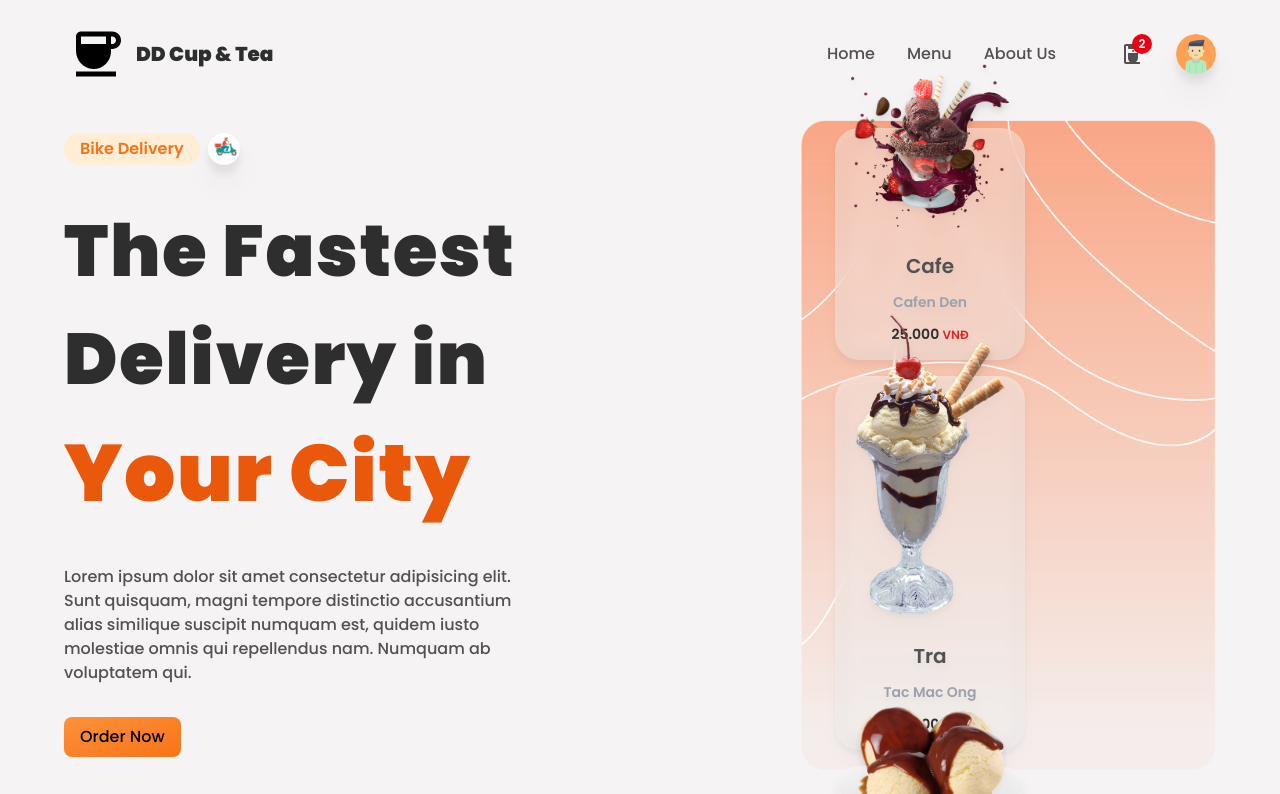
Repository: duongspm/ddcoffee
Page: /
These files come from the project's save history. The page is drawn as it stood at one moment and after the next save; the edit follows.
The browser window is 1280 px wide. The pictures show the whole page.
An inner scrolling area shows only its first screen. The project was rebuilt for these pictures with package versions that can differ from the ones it lists, and the page was loaded fresh each time. Also part of the build but not shown: src/App.css, src/components/CreateContainer.jsx.

Above is the page before, as saved 2022-07-12 20:03:20.

### src/index.js
import React from 'react';
import ReactDOM from 'react-dom/client';
import './index.css';
import App from './App';
import reportWebVitals from './reportWebVitals';

import { BrowserRouter as Router } from 'react-router-dom';

import { StateProvider } from './context/StateProvider';
import { initialState } from './context/initalState';
import reducer from './context/reducer';

const root = ReactDOM.createRoot(document.getElementById('root'));
root.render(
  <Router>
    <StateProvider initialState={initialState} reducer={reducer}>
      <App />
    </StateProvider>
  </Router>
  // <React.StrictMode>
  //   <App />
  // </React.StrictMode>
);

// If you want to start measuring performance in your app, pass a function
// to log results (for example: reportWebVitals(console.log))
// or send to an analytics endpoint. Learn more: https://bit.ly/CRA-vitals
reportWebVitals();

### src/index.css
/* body {
  margin: 0;
  font-family: -apple-system, BlinkMacSystemFont, 'Segoe UI', 'Roboto', 'Oxygen',
    'Ubuntu', 'Cantarell', 'Fira Sans', 'Droid Sans', 'Helvetica Neue',
    sans-serif;
  -webkit-font-smoothing: antialiased;
  -moz-osx-font-smoothing: grayscale;
}

code {
  font-family: source-code-pro, Menlo, Monaco, Consolas, 'Courier New',
    monospace;
} */

@import url(https://fonts.googleapis.com/css2?family=DM+Sans:ital,wght@0,400;0,500;1,400;1,500&family=Inter:wght@400;500;600&family=Mulish:wght@300&family=Nunito+Sans:wght@200&family=Playfair+Display:wght@700&family=Poppins:wght@500;600;900&family=Quicksand:wght@700&display=swap);
*{
  margin: 0;
  padding: 0;
  box-sizing: border-box;
}
body{
  font-family: 'Poppins', sans-serif, -apple-system, BlinkMacSystemFont, 'Segoe UI', 'Roboto', 'Oxygen',
  'Ubuntu', 'Cantarell', 'Fira Sans', 'Droid Sans', 'Helvetica Neue',
  sans-serif;
}
html, body{
  scroll-behavior: smooth;
  overflow-x: hidden; /*chống tràn*/
}
@tailwind base;
@tailwind components;
@tailwind utilities;

### src/App.js
import './App.css';
import {Route, Routes} from 'react-router-dom';
import MainContainer from './components/MainContainer';
import CreateContainer from './components/CreateContainer';
import { AnimatePresence } from 'framer-motion';

import { Header } from './components';

function App() {
  return (
    <AnimatePresence exitBeforeEnter>
      <div className="w-screen h-auto flex flex-col bg-primary">
        <Header/>
        <main className='mt-14 md:mt-24 px-4 md:px-16 py-4 w-full'>
          <Routes>
            <Route path='/*' element={<MainContainer/>}></Route>
            <Route path='/createItem' element={<CreateContainer/>}></Route>
          </Routes>
        </main>
      </div>
    </AnimatePresence>
  );
}

export default App;

### src/context/StateProvider.js
import React, {createContext, useContext, useReducer} from 'react';
export const StateContext = createContext();
export const StateProvider = ({reducer, initialState, children}) => (
    <StateContext.Provider value={useReducer(reducer, initialState)}>
        {children}
    </StateContext.Provider>
);

export const useStateValue = () => useContext(StateContext);

### src/context/initalState.js
import { fetchUser } from "../utils/fetchLocalStorageData"

const userInfo = fetchUser()

export const initialState = {
    user: null,
}

### src/context/reducer.js
export const actionType = {
    SET_USER: "SET_USER",
};

const reducer = (state, action) => {
    console.log(action);

    switch (action.type){
        case actionType.SET_USER:
            return {
                ...state,
                user: action.user,
            };

        default:
            return state;
    }
};

export default reducer;

### src/components/MainContainer.jsx
import React from 'react';
import HomeContainer from './HomeContainer';

const MainContainer = () => {
    return (
        <div className='w-full h-auto flex flex-col items-center justify-center'>
            <HomeContainer/>
        </div>
    );
};

export default MainContainer;

### src/components/index.js
export {default as Header} from './Header';
export {default as MainContainer} from './MainContainer';
export {default as CreateContainer} from './CreateContainer';
export {default as HomeContainer} from './HomeContainer';

### src/utils/fetchLocalStorageData.js
export const fetchUser = () => {
    const userInfo =
        localStorage.getItem("user") !== "undefined"
        ? JSON.parse(localStorage.getItem("user"))
        : localStorage.clear();
    return userInfo;
}

### src/components/HomeContainer.jsx
import React from 'react';
import delivery from '../assets/imgs/delivery.png';
import HeroBg from '../assets/imgs/heroBg.png';
import heroData from '../utils/data'

const HomeContainer = () => {
    return (
        <section id="home" className='grid grid-cols-1 md:grid-cols-2 gap-2 w-full'>
            <div className='py-2 flex flex-1 flex-col items-start  justify-center gap-8'>
                <div className='flex items-center gap-2 justify-center'>
                    <p className='text-base text-orange-500 font-semibold bg-orange-100 px-4 py-1 rounded-full'>Bike Delivery</p>
                    <div className='w-8 h-8 bg-white rounded-full overflow-hidden drop-shadow-xl'>
                        <img src={delivery} className="w-full h-full object-contain" alt="deli"/>
                    </div>
                </div>
                <p className='text-[2.5rem] font-bold tracking-wide text-headingColor lg:text-[4.5rem]'>The Fastest Delivery in <span className='text-orange-600 text-[3rem] lg:text-[5rem]'>Your City</span></p>
                <p className='text-base text-textColor text-center md:text-left md:w-[80%]'>Lorem ipsum dolor sit amet consectetur adipisicing elit. Sunt quisquam, magni tempore distinctio accusantium alias similique suscipit numquam est, quidem iusto molestiae omnis qui repellendus nam. Numquam ab voluptatem qui.</p>
                <button type='button' className='bg-gradient-to-br from-orange-400 to-orange-500 w-full px-4 py-2 rounded-lg hover:shadow-lg transition-all ease-in-out md:w-auto'>Order Now</button>
            </div>
            <div className='py-2 flex-1 flex items-center relative'>
                <img src={HeroBg} className="ml-auto h-420 w-full lg:w-auto lg:h-650" alt="hero-bg"/>

                <div className='w-full h-full absolute flex items-center justify-center top-0 left-0 px-32 py-4 gap-4 flex-wrap'>
                    {heroData && heroData.map(n => (
                        <div key={n.id} className='w-190 bg-cardOverlay backdrop-blur-md p-4 rounded-3xl flex flex-col items-center justify-center min-w-[190px] drop-shadow-lg'>
                        <img src={n.imageSrc} className='w-40 -mt-20' alt='i1'/>
                        <p className='text-xl font-semibold text-textColor mt-6'>{n.name}</p>
                        <p className='text-sm font-semibold text-lighttextGray my-3'>{n.decp}</p>
                        <p className='text-sm font-semibold text-headingColor'>{n.price} <span className='text-xs text-red-600'>VNĐ</span></p>
                    </div>
                    ))}
                </div>
            </div>
        </section>
    );
};

export default HomeContainer;

### src/components/Header.jsx
import React, { useState } from 'react';
import {motion} from "framer-motion";
import {Link} from 'react-router-dom';
import {MdCoffee} from 'react-icons/md';
import {MdCoffeeMaker, MdAdd, MdLogout, MdAccountCircle} from 'react-icons/md';
//import Logo from '../assets/imgs/logo-dendo-cocaybua.png';
import Avatar from '../assets/imgs/avatar.png';
import { getAuth, signInWithPopup, GoogleAuthProvider } from "firebase/auth";
import { app } from '../firebase.config';
import { useStateValue } from '../context/StateProvider';
import { actionType } from '../context/reducer';

const Header = () => {
    const firebaseAuth = getAuth(app);
    const provider = new GoogleAuthProvider();

    const [{user}, dispatch] = useStateValue()

    const [isMenu, setIsMenu] = useState(false);

    const login = async () => {
        //đăng nhập rồi click vô avt k hiện đăng nhập nữa
        if(!user)
        {
            const {user: {refreshToken, providerData}} = await signInWithPopup(firebaseAuth, provider);
            dispatch({
                type : actionType.SET_USER,
                user : providerData[0],
            });
            localStorage.setItem("user", JSON.stringify(providerData[0]))
        }else{
            setIsMenu(!isMenu);
        }
    };
    const logout = () => {
        setIsMenu(false);
        localStorage.clear();
        dispatch({
            type: actionType.SET_USER,
            user: null,
        });
    }

    return (
        <header className='fixed z-50 w-screen p-3 px-4 md:p-6 md:px-16'>
            {/* desktop */}
            <div className='hidden md:flex w-full h-full items-center justify-between'>
                <Link to={"/"} className='flex items-center gap-2'>
                    {/* <img src={Logo} className="w-16 object-cover" alt="Logo nef"/> */}
                    <MdCoffee className='w-16 object-cover cursor-pointer text-6xl hover:text-cartNumBg'></MdCoffee>
                    <motion.p whileTap={{scale: 0.6}}  className='text-headingColor text-xl font-bold'>DD Cup & Tea</motion.p>
                </Link>
                <div className='flex items-center gap-8'> {/* bo ra ngoai div nay thi no se nam giua */}
                    <motion.ul
                        initial={{opacity: 0, x: 200}}
                        animate={{opacity: 1, x: 0}}
                        exit={{opacity: 0, x: 200}}
                        className="flex items-center gap-8 ">
                        <li className='text-base text-textColor hover:text-cartNumBg duration-100 transition-all ease-in-out cursor-pointer'>Home</li>
                        <li className='text-base text-textColor hover:text-cartNumBg duration-100 transition-all ease-in-out cursor-pointer'>Menu</li>
                        <li className='text-base text-textColor hover:text-cartNumBg duration-100 transition-all ease-in-out cursor-pointer'>About Us</li>
                    </motion.ul>
                    <div className='relative flex items-center justify-center'>
                        <MdCoffeeMaker className='text-textColor text-2xl ml-8 cursor-pointer'></MdCoffeeMaker>
                        <div className='absolute -top-2 -right-2 w-5 h-5 rounded-full bg-cartNumBg flex items-center justify-center'>
                            <p className='text-xs text-white font-semibold'>2</p>
                        </div>
                    </div>
                    <div className='relative'>
                        <motion.img whileTap={{scale: 0.6}} className='w-10 min-w-[40px] h-10 min-h-[40px] drop-shadow-xl rounded-full' src={user ? user.photoURL : Avatar} alt="avata nguoi dung"
                        onClick={login}/>
                        {/* Menu In4 */}
                        {
                            isMenu &&
                            (
                                <motion.div
                                    initial={{opacity: 0, scale: 0.6}}
                                    animate={{opacity: 1, scale: 1}}
                                    exit={{opacity: 0, scale: 0.6}}
                                    className='w-40 bg-gray-50 shadow-xl rounded-lg absolute flex flex-col top-12 right-0'>
                                    {
                                        user && user.email === "tranvanduong10a22016bb@gmail.com" && (
                                            <Link to={'/createItem'}>
                                                <p className='px-4 py-2 flex items-center gap-3 cursor-pointer hover:bg-slate-100 transition-all duration-100 ease-in-out text-textColor text-base '><MdAdd/> New Item </p>
                                            </Link>
                                        )
                                    }
                                    <Link to={'/info'}>
                                        <p className='px-4 py-2 flex items-center gap-3 cursor-pointer hover:bg-slate-100 transition-all duration-100 ease-in-out text-textColor text-base'><MdAccountCircle/>{user ? user.displayName : 'In4'} </p>
                                    </Link>
                                    <hr/>
                                    <p className='px-4 py-2 flex items-center gap-3 cursor-pointer hover:bg-slate-100 transition-all duration-100 ease-in-out text-textColor text-base' onClick={logout}><MdLogout/> Logout </p>
                                </motion.div>
                            )
                        }
                        {/* End Menu In4 */}
                    </div>
                </div>
            </div>
            {/* mobile */}
            <div className='flex items-center justify-between md:hidden w-full h-full'>
                <div className='relative flex items-center justify-center'>
                    <MdCoffeeMaker className='text-textColor text-2xl ml-8 cursor-pointer'></MdCoffeeMaker>
                    <div className='absolute -top-2 -right-2 w-5 h-5 rounded-full bg-cartNumBg flex items-center justify-center'>
                        <p className='text-xs text-white font-semibold'>2</p>
                    </div>
                </div>
                <Link to={"/"} className='flex items-center gap-2'>
                    {/* <img src={Logo} className="w-16 object-cover" alt="Logo nef"/> */}
                    <MdCoffee className='w-16 object-cover cursor-pointer text-6xl hover:text-cartNumBg'></MdCoffee>
                    <motion.p whileTap={{scale: 0.6}}  className='text-headingColor text-xl font-bold'>DD Cup & Tea</motion.p>
                </Link>

                <div className='relative'>
                        <motion.img whileTap={{scale: 0.6}} className='w-10 min-w-[40px] h-10 min-h-[40px] drop-shadow-xl rounded-full' src={user ? user.photoURL : Avatar} alt="avata nguoi dung"
                        onClick={login}/>
                        {/* Menu In4 */}
                        {
                            isMenu &&
                            (
                                <motion.div
                                    initial={{opacity: 0, scale: 0.6}}
                                    animate={{opacity: 1, scale: 1}}
                                    exit={{opacity: 0, scale: 0.6}}
                                    className='w-40 bg-gray-50 shadow-xl rounded-lg absolute flex flex-col top-12 right-0'>
                                    {
                                        user && user.email === "tranvanduong10a22016bb@gmail.com" && (
                                            <Link to={'/createItem'}>
                                                <p className='px-4 py-2 flex items-center gap-3 cursor-pointer hover:bg-slate-100 transition-all duration-100 ease-in-out text-textColor text-base justify-center'><MdAdd/> New Item </p>
                                            </Link>
                                        )
                                    }
                                    <ul className="flex flex-col">
                                        <li className='text-base text-textColor hover:text-cartNumBg duration-100 transition-all ease-in-out cursor-pointer hover:bg-slate-100 px-4 py-2'>Home</li>
                                        <li className='text-base text-textColor hover:text-cartNumBg duration-100 transition-all ease-in-out cursor-pointer hover:bg-slate-100 px-4 py-2'>Menu</li>
                                        <li className='text-base text-textColor hover:text-cartNumBg duration-100 transition-all ease-in-out cursor-pointer hover:bg-slate-100 px-4 py-2'>About Us</li>
                                    </ul>
                                    <hr/>
                                    <Link to={'/info'}>
                                        <p className='px-4 py-2 flex items-center gap-3 cursor-pointer hover:bg-slate-100 transition-all duration-100 ease-in-out text-textColor text-base justify-center'><MdAccountCircle/> In4 </p>
                                    </Link>
                                    <hr/>
                                    <p className='m-2 p-2 rounded-md shadow-md flex items-center gap-3 cursor-pointer hover:bg-slate-300 transition-all duration-100 ease-in-out text-textColor text-base justify-center bg-gray-200 ' onClick={logout}><MdLogout/> Logout </p>
                                </motion.div>
                            )
                        }
                        {/* End Menu In4 */}
                    </div>
            </div>
        </header>
    );
};

export default Header;

### src/utils/data.js
import I1 from '../assets/imgs/i1.png';
import I2 from '../assets/imgs/i2.png';
import I3 from '../assets/imgs/i3.png';
import I4 from '../assets/imgs/i4.png';
const heropData = [
    {id : 1, name: 'Cafe', decp : 'Cafen Den', price : '25.000', imageSrc : I1},
    {id : 2, name: 'Tra', decp : 'Tac Mac Ong', price : '30.000', imageSrc : I2},
    {id : 3, name: 'Da Xay', decp : 'Chocolate Da Xay', price : '30.000', imageSrc : I3},
    {id : 4, name: 'Sinh To', decp : 'Sinh To Chuoi', price : '35.000', imageSrc : I4},
]
export default heropData;

### src/firebase.config.js
import {getApp, getApps, initializeApp} from 'firebase/app';
import {getFirestore} from 'firebase/firestore';
import {getStorage} from 'firebase/storage';

const firebaseConfig = {
    apiKey : "AIzaSyAiraH4JLA5tCdJ0jHuDoW_0qsknKtMiQc" ,
    authDomain : "ddcoffee-35878.firebaseapp.com" ,
    databaseURL : "https://ddcoffee-35878-default-rtdb.firebaseio.com" ,
    projectId : "ddcoffee-35878" ,
    storageBucket : "ddcoffee-35878.appspot.com" ,
    messagingSenderId : "404922796023" ,
    appId : "1:404922796023:web:4717a230c36f3a24a4d0f2"
    };

    const app = getApps.length > 0 ? getApp() : initializeApp(firebaseConfig);

    const firestore = getFirestore(app);
    const storage = getStorage(app);

    export {app, firestore, storage};

### tailwind.config.js
/** @type {import('tailwindcss').Config} */
module.exports = {
  content: [
    "./src/**/*.{js,jsx,ts,tsx}",
  ],
  theme: {
    extend: {
      margin: {
        320: "320px",
      },
      width: {
        150: "150px",
        190: "190px",
        225: "225px",
        275: "275px",
        300: "300px",
        340: "340px",
        350: "350px",
        375: "375px",
        460: "460px",
        656: "656px",
        880: "880px",
        508: "508px",
      },
      height: {
        80: "80px",
        150: "150px",
        225: "225px",
        300: "300px",
        340: "340px",
        370: "370px",
        420: "420px",
        510: "510px",
        600: "600px",
        650: "650px",
        685: "685px",
        800: "800px",
        "90vh": "90vh",
      },
      minWidth: {
        210: "210px",
        350: "350px",
        620: "620px",
      },
      colors: {
        headingColor:"#2e2e2e",
        textColor:"#515151",
        cartNumBg:"#e80013",
        primary:"#f5f3f3",
        // textColor: "#101010",
        // activeText: "#D6230A",
        gradientBg: "rgba(116, 249, 105,0.4)",
        // whiteAlpha: "rgba(255,255,255,0.2)",
        // cardColor: "#f5f5f5",
        // cartBg: "#282a2c",
        // cartItem: "#2e3033",
        // cartTotal: "#343739",
        cardOverlay: "rgba(256,256,256,0.4)",
        lighttextGray:"#9ca0ab",
      },
      screens: {
        sm: "640px",
        md: "768px",
        lg: "1024px",
        xl: "1280px",
        "2xl": "1536px",
      },
    },
  },
  plugins: [],
}

Loaded but not shown: public/index.html (common file); src/reportWebVitals.js (common file)

After the next save:
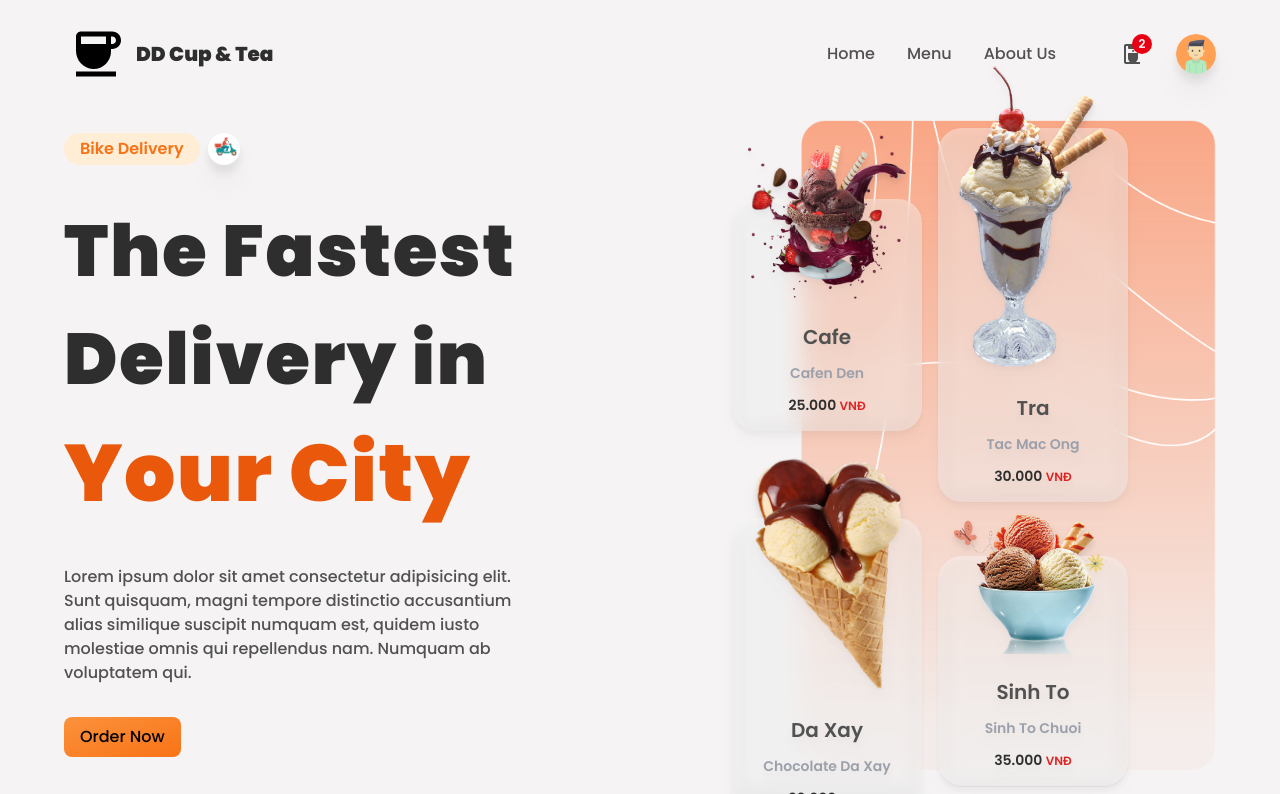
Saved 3 min 23 s later.
--- a/src/components/HomeContainer.jsx
+++ b/src/components/HomeContainer.jsx
@@ -20,7 +20,7 @@ const HomeContainer = () => {
             <div className='py-2 flex-1 flex items-center relative'>
                 <img src={HeroBg} className="ml-auto h-420 w-full lg:w-auto lg:h-650" alt="hero-bg"/>
 
-                <div className='w-full h-full absolute flex items-center justify-center top-0 left-0 px-32 py-4 gap-4 flex-wrap'>
+                <div className='w-full h-full absolute flex items-center justify-center top-0 left-0 px-22 py-4 gap-4 flex-wrap'>
                     {heroData && heroData.map(n => (
                         <div key={n.id} className='w-190 bg-cardOverlay backdrop-blur-md p-4 rounded-3xl flex flex-col items-center justify-center min-w-[190px] drop-shadow-lg'>
                         <img src={n.imageSrc} className='w-40 -mt-20' alt='i1'/>
